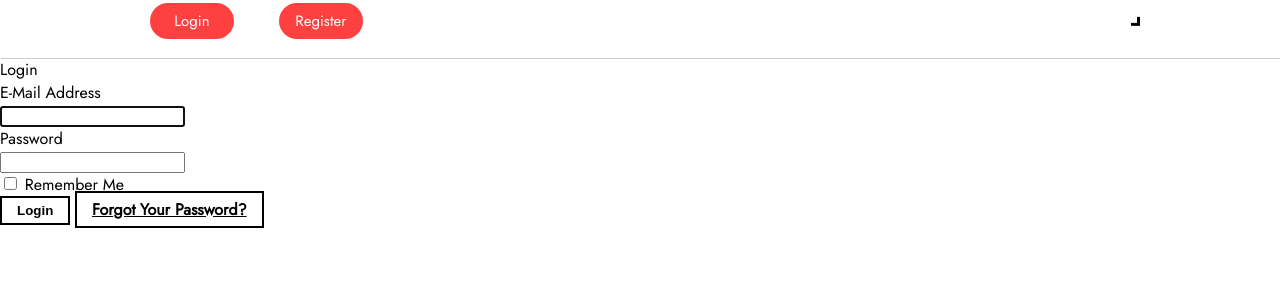
Repository: PatryxB/bikeService
Page: http://localhost/login
The author's editor kept a copy of each file at every save. The page is drawn from the files as they stood at one save, then again after the next save.
The browser window is 1280 px wide. The pictures show the whole page.
The page is served by the project's Laravel application, run on PHP 8.4 with Laravel 8. Other server files are loaded and not shown. Style sheets and scripts are compiled from the project's sources, by tool versions that may differ from the author's.

Above is the page before, as saved 2020-05-14 12:12:54.

### resources/views/layouts/app.blade.php
<!doctype html>
<html lang="{{ str_replace('_', '-', app()->getLocale()) }}">
<head>
    <meta charset="utf-8">
    <meta name="viewport" content="width=device-width, initial-scale=1">

    <!-- CSRF Token -->
    <meta name="csrf-token" content="{{ csrf_token() }}">

    <title>{{ config('app.name', 'Laravel') }}</title>

    <!-- Scripts -->
    <script src="{{ asset('js/app.js') }}" defer></script>

    <!-- Fonts -->
    <link rel="dns-prefetch" href="//fonts.gstatic.com">
    <link href="https://fonts.googleapis.com/css?family=Nunito" rel="stylesheet">

    <!-- Styles -->
    <link href="{{ asset('css/app.css') }}" rel="stylesheet">
</head>
<body>
    <div id="app">
        <nav>
            @if (Route::has('login'))
                @auth
                    <a href="{{ url('/home') }}">Home</a>
                @else
                    <a href="{{ route('login') }}" role="button">Login</a>

                    @if (Route::has('register'))
                        <a href="{{ route('register') }}" role="button" style="margin-left:40px">Register</a>
                    @endif
                @endauth
            @endif
            <a role="button" class="arrow down"></a>
        </nav>
        <main>
            @yield('content')
        </main>
    </div>
</body>
</html>

### resources/sass/app.scss
@import url('https://fonts.googleapis.com/css2?family=Jost&display=swap');
html, body{
    box-sizing: border-box;
    margin: 0;
    padding: 0;
    font-family: 'Jost', sans-serif;
}
.logo img{
    position: absolute !important;
    top: 5% !important;
    right: 5% !important;
    width: 100px !important;
    height: 50px !important;
    opacity: .3;
}
.banner img{
    width: 100%;
    height: 92vh;
    position: relative;
    filter: brightness(90%);
}
.banner-text{
    position: absolute;
    left: 35px;
    bottom: 30%;
    color: white;
    font-size: 50px;
}
h1{
    margin: 20px;
}
nav{
    width: 100%;
    height: 8vh;
    box-shadow: 1px 1px rgb(204, 204, 204);
}
nav a:nth-child(1), nav a:nth-child(2){
    margin-top: 3px;
    text-decoration: none;
    display: inline-block;
    margin-left: 150px;
    border-radius: 25px;
    background-color: rgb(255, 64, 64);
    color: white;
    font-size: 15px;
    padding: 7px;
    width: 70px;
    text-align: center;
}
.arrow{
    border: solid black;
    border-width: 0 3px 3px 0;
    display: inline-block;
    padding: 3px;
    animation: move 2s ease-out infinite;
}
.down{
    transform: rotate(45deg);
    -webkit-transform: rotate(45deg);
    float: right;
    margin-right: 140px;
    margin-top: 10px;
}
@keyframes move{
    from {transform: translateY(0);}
    to {transform: translateY(10px);}
}
.photos .more img{
    filter: brightness(70%);
    width: 100%;
}
.more{
    float: left;
    width: 33.3%;
    position: relative;
}
.look{
    position: absolute;
    top: 50%;
    left: 50%;
    transform: translate(-50%, -50%);
}
h2{
    color: white;
}
.btn{
    background-color: white;
    color: black;
    border: 2px solid black;
    padding: 5px;
    padding-left: 15px;
    padding-right: 15px;
    font-weight: bold;
}

Loaded but not shown: routes/web.php (common file); app/Http/Controllers/Auth/LoginController.php (common file); app/Http/Controllers/Controller.php (common file); app/Http/Controllers/Auth/ConfirmPasswordController.php (common file); resources/views/auth/login.blade.php (common file)

After the next save:
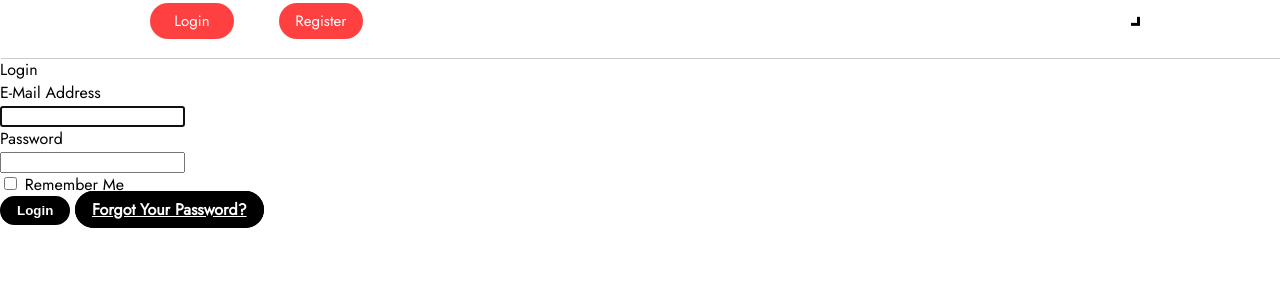
Saved 43 s later.
--- a/resources/sass/app.scss
+++ b/resources/sass/app.scss
@@ -84,9 +84,10 @@ h2{
     color: white;
 }
 .btn{
-    background-color: white;
-    color: black;
+    background-color: black;
+    color: white;
     border: 2px solid black;
+    border-radius: 25px;
     padding: 5px;
     padding-left: 15px;
     padding-right: 15px;
